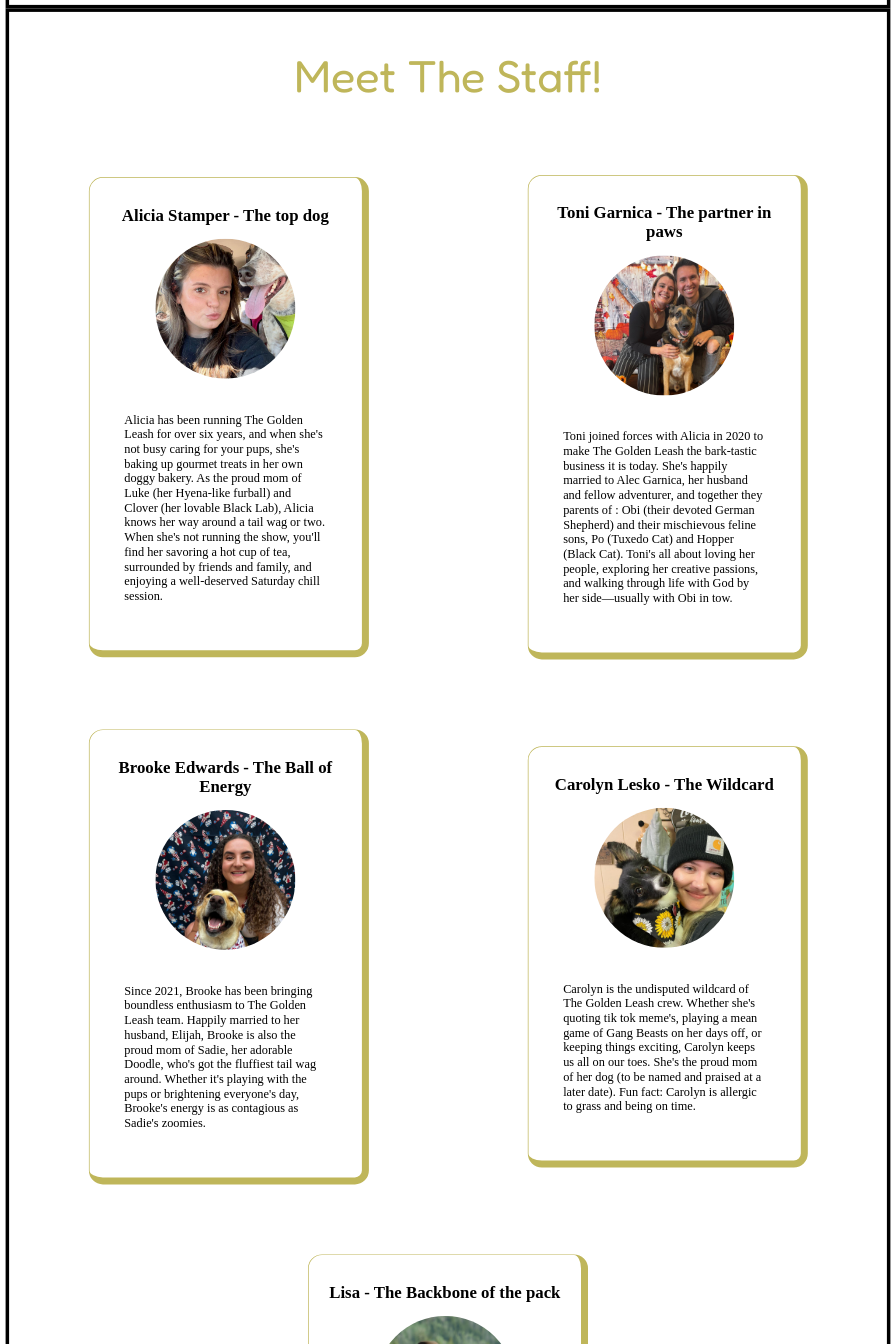
Repository: Aworminator/Thegoldenleash
Page: index.html
An editor plug-in stored every save of this project. The page is shown before and after the next save, followed by the edit.
The browser window is 1280 px wide. The pictures show the part of the page from y = 1890 to 3810 px (the page is 5005 px tall before and 3157 px after), at 70% of full size.

Above is the page before, as saved 2025-07-15 20:40:03.

After the next save:
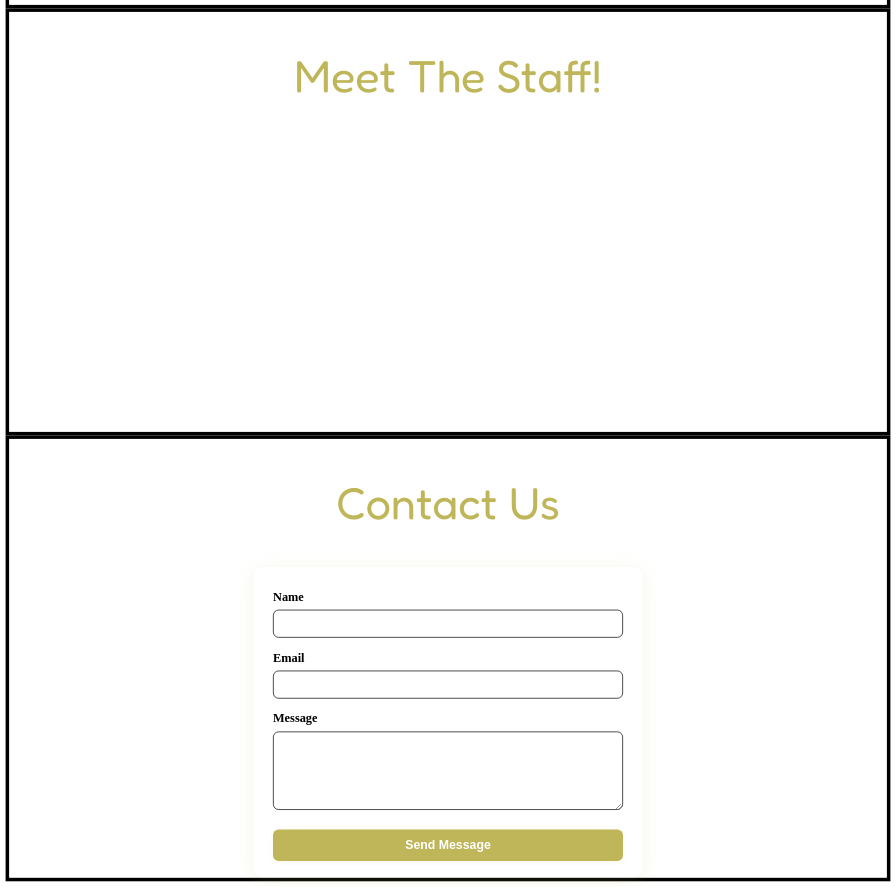
Console error: SyntaxError: missing ) after argument list
Saved 112 s later.
--- a/script.js
+++ b/script.js
@@ -52,7 +52,7 @@
 document.querySelectorAll(".list").forEach((list) => {
   list.addEventListener("click", () => {
     const targetID = list.id;
-    console.log(targetID);
+    console.log(targetID "has been clicked");
   });
 });
 

After the save that followed:
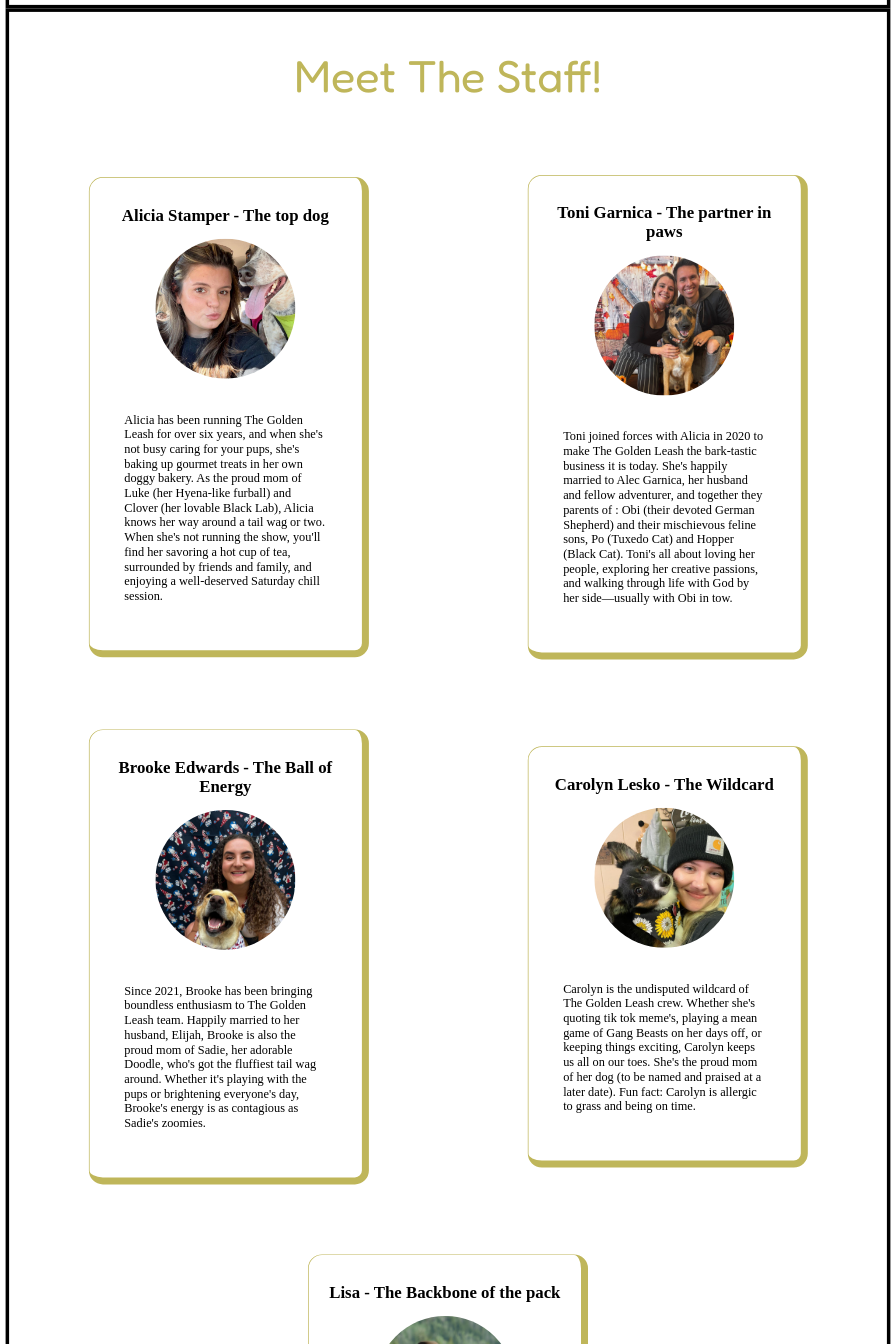
The error is gone.
Saved 4 s later.
--- a/script.js
+++ b/script.js
@@ -52,7 +52,7 @@
 document.querySelectorAll(".list").forEach((list) => {
   list.addEventListener("click", () => {
     const targetID = list.id;
-    console.log(targetID "has been clicked");
+    console.log(targetID + "has been clicked");
   });
 });
 
